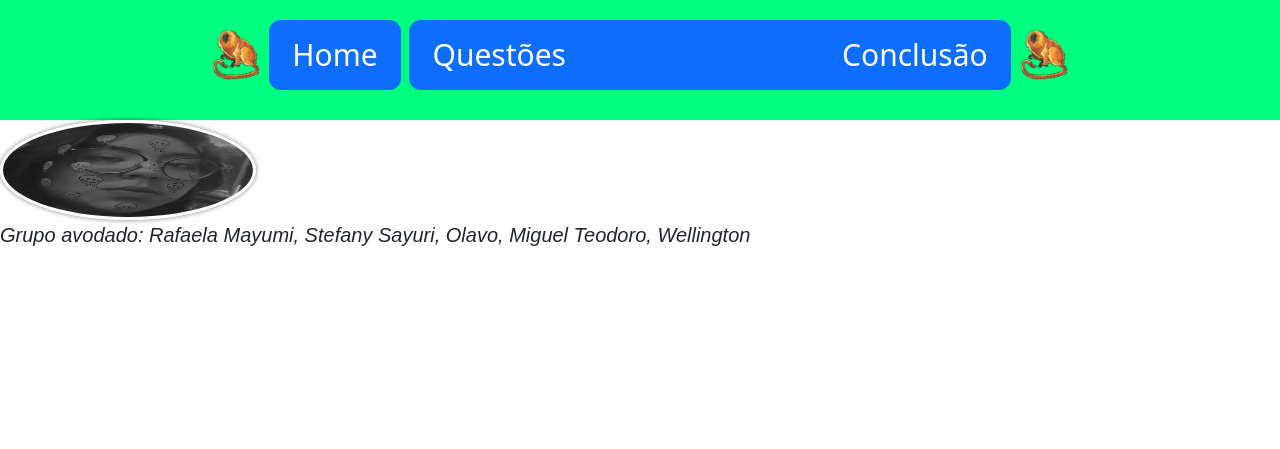
Repository: OlavoSchiavi/Site-de-biologia
Page: participantes.html
An editor plug-in stored every save of this project. The page is shown before and after the next save, followed by the edit.
The browser window is 1280 px wide. The pictures show the whole page.

Above is the page before, as saved 2023-04-18 22:37:26.
Not found: JS/script.js

### participantes.html
<!DOCTYPE html>
<html lang="pt-br">
<head>
    <meta charset="UTF-8">
    <meta http-equiv="X-UA-Compatible" content="IE=edge">
    <meta name="viewport" content="width=device-width, initial-scale=1.0">
    <title>Site de biologia - Paticipantes</title>
    <link rel="stylesheet" href="CSS/style.css">
    <link href="https://cdn.jsdelivr.net/npm/bootstrap@5.3.0-alpha3/dist/css/bootstrap.min.css" rel="stylesheet" integrity="sha384-KK94CHFLLe+nY2dmCWGMq91rCGa5gtU4mk92HdvYe+M/SXH301p5ILy+dN9+nJOZ" crossorigin="anonymous">
    <link rel="icon" href="imagens/monkey.png" type="image/png">
    <link rel="stylesheet" href="JS/script.js">
    <link rel="icon" type="image/png" href="imagens/arara.png">
</head>
<body>
    <header>
        <nav class="mapa">
            <img id="logo" src="imagens/monkey.png" alt="Logo">
            <button type="button" class="btn btn-primary">
                <a href="index.html" class="button">Home</a>
            </button>
            <div class="btn-group" role="group" aria-label="Basic example">
                <button type="button" class="btn btn-primary">
                    <a href="quest.html" class="button">Questões</a>
                </button>
                <button type="button" class="btn btn-primary">
                    <a href="participantes.html">Participantes</a>
                </button>
                <button type="button" class="btn btn-primary">Conclusão</button>
              </div>
              <img id="logo" src="imagens/monkey.png" alt="Logo">
        </nav>
    </header>
    <main>
        <img src="imagens/sayuri.jpeg" alt="Foto de perfil" class="perfil">
    </main>
    <footer style="font-size: 20px; font-style: italic;">
        Grupo avodado: Rafaela Mayumi, Stefany Sayuri, Olavo, Miguel Teodoro, Wellington
    </footer>
</body>
</html>

### CSS/style.css
header{
    padding: 20px;
    height: 120px;
    background-color:springgreen;
}
.arara{
    width: 20%;
    float: right;
}
#logo{
    width: 50px;
}

body,main,footer,html{
    font-family: Arial, Helvetica, sans-serif;
    font-size: 30px;
}
.button{
    color:white;
    text-decoration: none;
}
.mapa{
    text-align: center;
}
h1,h4{
    text-align: center;
}
h6{
    font-style:oblique;
}
.checkbox {
    display: none;
}
.btn-toggle {
    margin-bottom: 0;
    cursor: pointer;
    border-radius: 3px;
}
.btn-toggle-primary {
    color: #fff;
    background-color: #4caf50;
    border-color: #4caf50;
}
.btn-toggle-primary:hover {
    color: #fff;
    background-color: #4caf50;
    border-color: #4caf50;
}
.btn-toggle-primary:focus {
    color: #fff;
    background-color: #4caf50;
    border-color: #4caf50;
    box-shadow: none;
}
.btn-toggle-primary.active {
    color: #fff;
    background-color: #2196f3;
    border-color: #2196f3;

}
.btn-toggle-primary.active:hover {
    color: #fff;
    background-color: #2196f3;
    border-color: #2196f3;
}
.checkbox:checked ~ .texto {
    display: block;
}
.texto {
    display: none;
    margin-top: 10px;
    padding: 10px;
    background-color: #f2f2f2;
}
.perfil {
    width: 20%;
    height: 100px;
    border-radius: 50%;
    border: 3px solid #fff;
    box-shadow: 0 0 5px rgba(0, 0, 0, 0.5);
  }

After the next save:
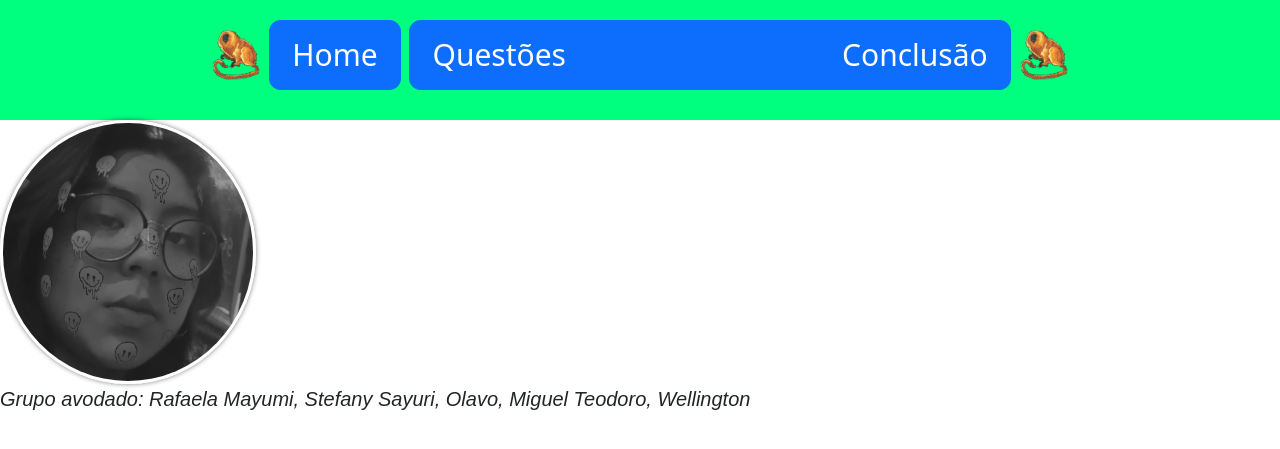
Saved 50 s later.
--- a/CSS/style.css
+++ b/CSS/style.css
@@ -74,7 +74,6 @@ h6{
 }
 .perfil {
     width: 20%;
-    height: 100px;
     border-radius: 50%;
     border: 3px solid #fff;
     box-shadow: 0 0 5px rgba(0, 0, 0, 0.5);
